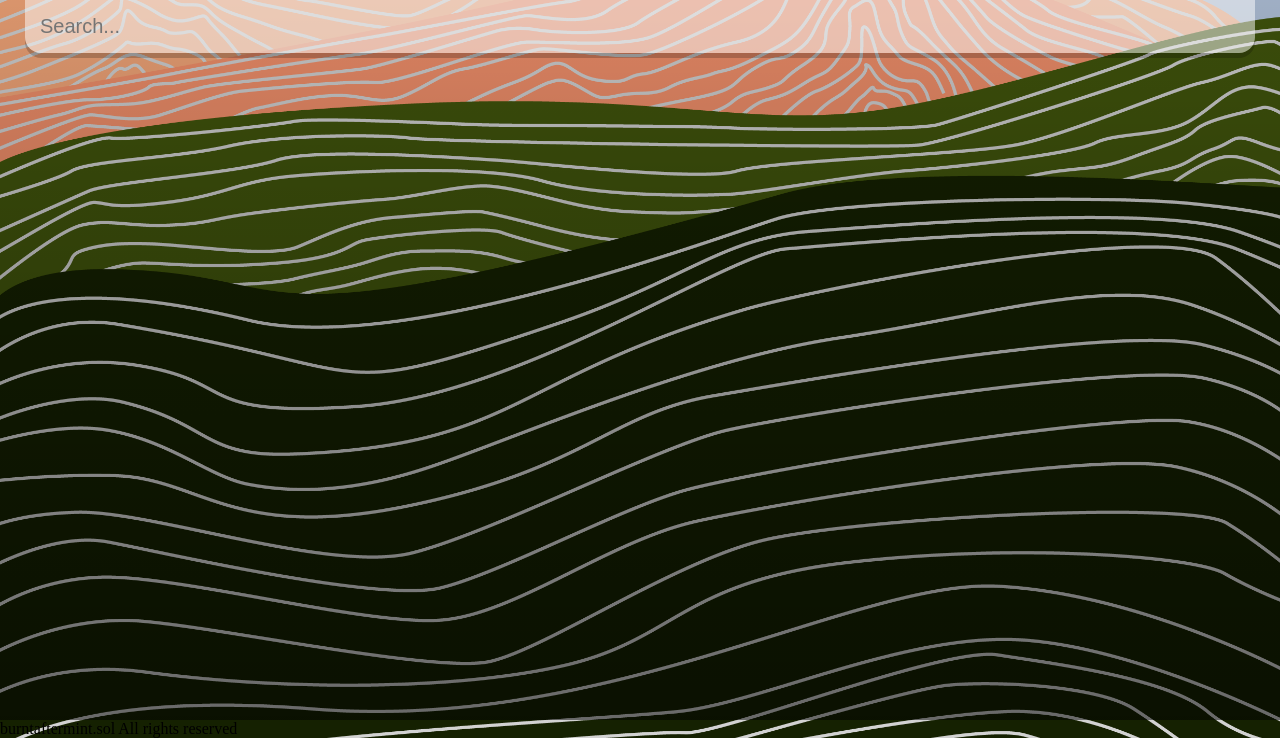
Repository: burntaftermint/weather
Page: /
The author's editor kept a copy of each file at every save. The page is drawn from the files as they stood at one save, then again after the next save.
The browser window is 1280 px wide. The pictures show the whole page.
The project was rebuilt for these pictures with package versions that can differ from the ones it lists, and the page was loaded fresh each time.

Above is the page before, as saved 2023-11-02 06:27:27.

After the next save:
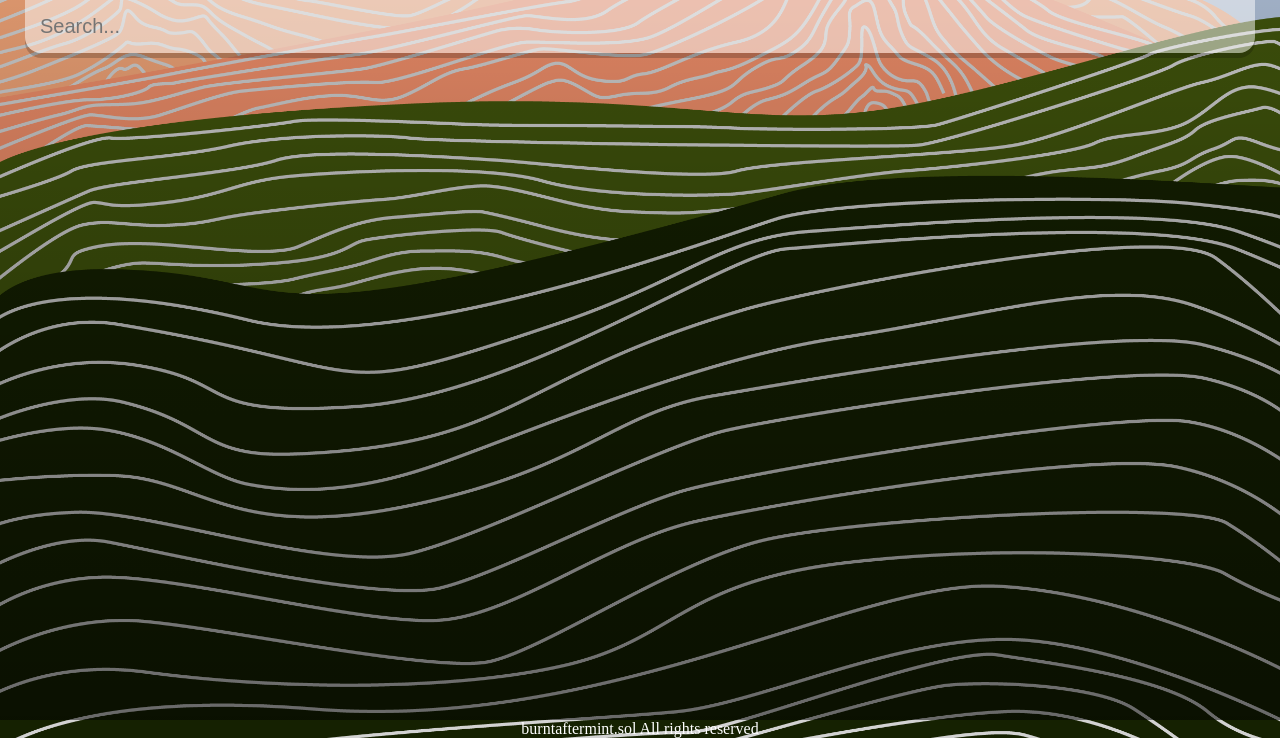
Saved 94 s later.
--- a/src/index.css
+++ b/src/index.css
@@ -102,3 +102,9 @@ main {
   font-weight: 700;
   text-shadow: 3px 6px rgba(50, 50, 70, 0.5);
 }
+
+.website__rights {
+  text-align: center;
+  color: #FFF;
+
+}
